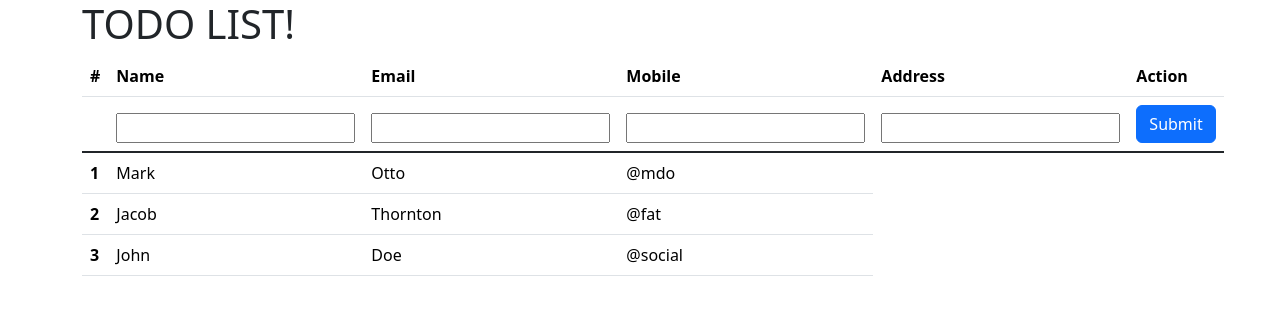
Repository: faizrehmandeveloper-spec/mern
Page: js/todo.html
These files come from the project's save history. The page is drawn as it stood at one moment and after the next save; the edit follows.
The browser window is 1280 px wide. The pictures show the whole page.

Above is the page before, as saved 2026-06-25 11:35:51.

### js/todo.html
<!doctype html>
<html lang="en">

<head>
    <meta charset="utf-8">
    <meta name="viewport" content="width=device-width, initial-scale=1">
    <title>Bootstrap demo</title>
    <link href="https://cdn.jsdelivr.net/npm/bootstrap@5.3.8/dist/css/bootstrap.min.css" rel="stylesheet"
        integrity="sha384-sRIl4kxILFvY47J16cr9ZwB07vP4J8+LH7qKQnuqkuIAvNWLzeN8tE5YBujZqJLB" crossorigin="anonymous">
</head>

<body>
    <div class="container">
        <h1>TODO LIST!</h1>
        <table class="table">
            <thead>
                <tr>
                    <th scope="col">#</th>
                    <th scope="col">Name</th>
                    <th scope="col">Email</th>
                    <th scope="col">Mobile</th>
                    <th scope="col">Address</th>
                    <th scope="col">Action</th>
                </tr>
                <tr>
                    <th></th>
                    <th><input type="text" id="name"></th>
                    <th><input type="text" id="name"></th>
                    <th><input type="text" id="name"></th>
                    <th><input type="text" id="name"></th>
                    <th><input type="submit" id="name" class="btn btn-primary btn-outline"></th>
                </tr>
            </thead>
            <tbody class="table-group-divider">
                <tr>
                    <th scope="row">1</th>
                    <td>Mark</td>
                    <td>Otto</td>
                    <td>@mdo</td>
                </tr>
                <tr>
                    <th scope="row">2</th>
                    <td>Jacob</td>
                    <td>Thornton</td>
                    <td>@fat</td>
                </tr>
                <tr>
                    <th scope="row">3</th>
                    <td>John</td>
                    <td>Doe</td>
                    <td>@social</td>
                </tr>
            </tbody>
        </table>
    </div>
    <script src="https://cdn.jsdelivr.net/npm/bootstrap@5.3.8/dist/js/bootstrap.bundle.min.js"
        integrity="sha384-FKyoEForCGlyvwx9Hj09JcYn3nv7wiPVlz7YYwJrWVcXK/BmnVDxM+D2scQbITxI"
        crossorigin="anonymous"></script>
</body>

</html>

After the next save:
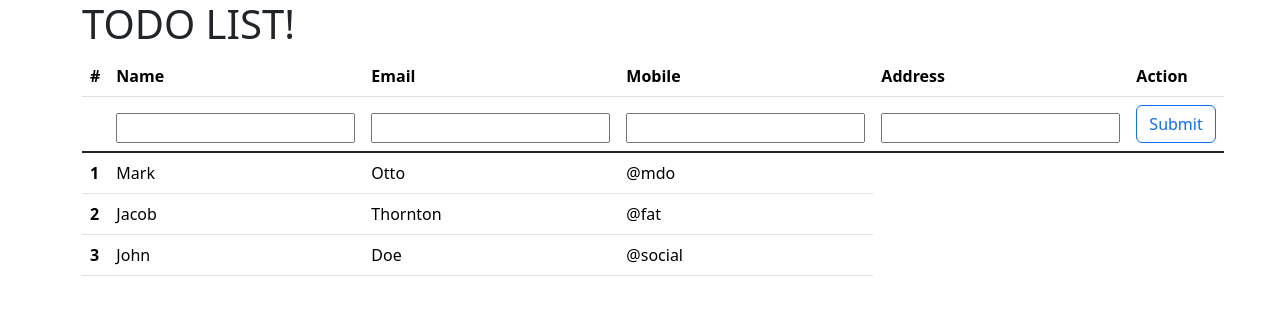
Saved 9 s later.
--- a/js/todo.html
+++ b/js/todo.html
@@ -28,7 +28,7 @@
                     <th><input type="text" id="name"></th>
                     <th><input type="text" id="name"></th>
                     <th><input type="text" id="name"></th>
-                    <th><input type="submit" id="name" class="btn btn-primary btn-outline"></th>
+                    <th><input type="submit" id="name" class="btn  btn-outline-primary"></th>
                 </tr>
             </thead>
             <tbody class="table-group-divider">
